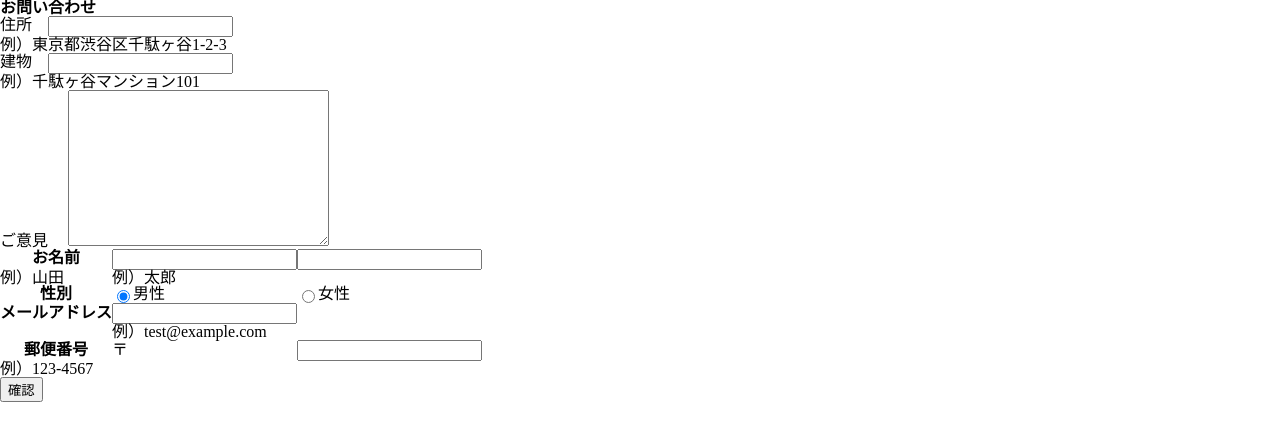
Repository: 1000sky/20220728majima
Page: resources/views/contact.blade.php
An editor plug-in stored every save of this project. The page is shown before and after the next save, followed by the edit.
The browser window is 1280 px wide. The pictures show the whole page.
The page is served by the project's Laravel application, run on PHP 8.4 with Laravel 8. Other server files are loaded and not shown. The template is opened directly, without the code that normally fills it, so the values that code supplies are empty.

Above is the page before, as saved 2022-07-27 23:56:35.

### advance-test/routes/web.php
<?php

use Illuminate\Support\Facades\Route;
use App\Http\Controllers\ContactController;

/*
|--------------------------------------------------------------------------
| Web Routes
|--------------------------------------------------------------------------
|
| Here is where you can register web routes for your application. These
| routes are loaded by the RouteServiceProvider within a group which
| contains the "web" middleware group. Now create something great!
|
*/

/*Route::get('/', function () {
    return view('welcome');
});*/

Route::get('/', [ContactController::class, 'index']);
Route::post('/', [ContactController::class, 'post']);

Route::get('/contact', [ContactController::class, 'contact']);
Route::post('/create', [ContactController::class, 'create']);


Route::get('/confirmation',[ContactController::class, 'confirmation']);

Route::get('/management', [ContactController::class, 'page']);

### advance-test/resources/views/contact.blade.php
<!DOCTYPE html>
<html lang="ja">
<head>
    <meta charset="UTF-8">
    <meta name="viewport" content="width=device-width, initial-scale=1.0">
    <meta http-equiv="X-UA-Compatible" content="ie=edge">
    <title>Advance-Test</title>
    <link rel="stylesheet" href="css/reset.css" />
    <link rel="stylesheet" href="css/contact.css" />
</head>
<body>
    <h1>お問い合わせ</h1>

    @if (count($errors) > 0)
    <ul>
      @foreach ($errors->all() as $error)
        <li>{{$error}}</li>
      @endforeach
    </ul>
    @endif

    <form action="/create" method="POST">

      <table>
        @csrf
        <tr>
           <th><label>お名前</label></th>

           <td><input type="text" name="fullname"></td><td><input type="text" name="fullname"></td>
        </tr>
        <tr>
           <td><p>例）山田</p></td> <td><p>例）太郎</p></td>
        </tr>

        @if ($errors->has('fullname'))
        <tr>
          <th>ERROR</th>
          <td>
            {{$errors->first('fullname')}}
          </td>
        </tr>
        @endif

        <tr>
        <th><label>性別 </label></th>
        <td><input type="radio" name="gender" checked="checked"><label for="">男性</label></td>
        <td><input type="radio" name="gender"><label for="">女性</label></td>
        </tr>

        @if ($errors->has('gender'))
        <tr>
          <th>ERROR</th>
          <td>
            {{$errors->first('gender')}}
          </td>
        </tr>
        @endif

        <tr>
          <th><label for="">メールアドレス</label></th>
          <td><input type="text"><P>例）test@example.com</P></th>
        </tr>

        @if ($errors->has('email'))
        <tr>
          <th>ERROR</th>
          <td>
            {{$errors->first('email')}}
          </td>
        </tr>
        @endif

        <tr>
          <th><label for="">郵便番号</label></th>
          <td><div>〒</div></td><td><input type="text"></td>
        </tr>
        <tr>
          <td><p>例）123-4567</p></td>
        </tr>


        <tr>
        <label for="">
            住所　<input type="text" style="ime-mode:disabled;"><p>例）東京都渋谷区千駄ヶ谷1-2-3</p>
        </label>
        </tr>

        <tr>
        <label for="">
            建物　<input type="text"><p>例）千駄ヶ谷マンション101</p>
        </label>
        </tr>

        <tr>
        <label for="">
            ご意見　 <textarea name="opinion" cols="30" rows="10"></textarea>
        </label>
        </tr>
      </table>


        <button type="submit">確認</button>
 {{--       <!--同じページでリンク先が開く-->
<input type="button" value="リンク" onClick="location.href='http://google.com'">

 <!--新しいタブでリンク先が開く-->
<input type="button" value="リンク" onClick="window.open('http://google.com')">
--}}


{{-- <FORM>
    テキストボックス
    <input type="text" value="" onInput="checkForm(this)">

    テキストエリア
    <textarea rows="2" onInput="checkForm(this)"></textarea>
    </FORM>

    <script type="text/javascript">
    <!--
    function checkForm($this)
    {
        var str=$this.value;
        while(str.match(/[^A-Z^a-z\d\-]/))
        {
            str=str.replace(/[^A-Z^a-z\d\-]/,"");
        }
        $this.value=str;
    }
    //-->
    </script>

    --}}

    </form>


</body>
</html>

Loaded but not shown: advance-test/public/css/reset.css (common file)

After the next save:
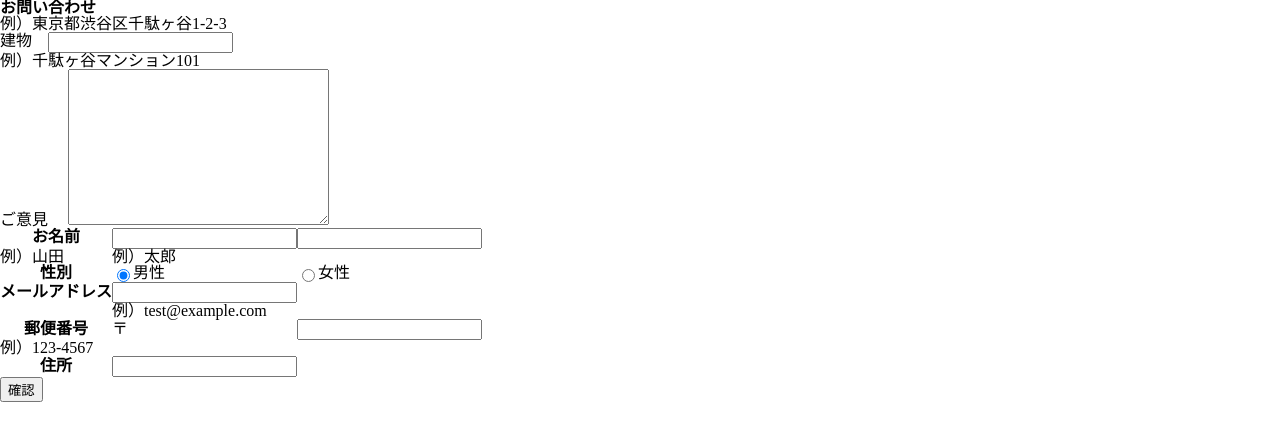
Saved 4 min 36 s later.
--- a/advance-test/resources/views/contact.blade.php
+++ b/advance-test/resources/views/contact.blade.php
@@ -80,9 +80,10 @@
 
 
         <tr>
-        <label for="">
-            住所　<input type="text" style="ime-mode:disabled;"><p>例）東京都渋谷区千駄ヶ谷1-2-3</p>
-        </label>
+           <th><label for="">住所</label></th>
+           <td><input type="text" style="ime-mode:disabled;"></td>
+        </tr>
+           <p>例）東京都渋谷区千駄ヶ谷1-2-3</p>
         </tr>
 
         <tr>
